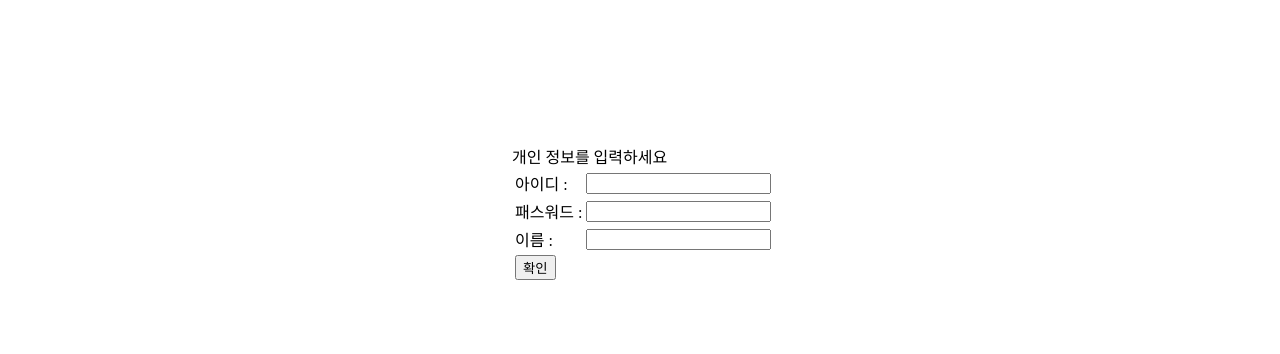
Repository: HyeogDo/Study_Java
Page: http://localhost/Quiz_03/userInsert_01.jsp
These files come from the project's save history. The page is drawn as it stood at one moment and after the next save; the edit follows.
The browser window is 1280 px wide. The pictures show the whole page.
The page is served by Tomcat 9.

Above is the page before, as saved 2022-03-18 05:35:34.

After the next save:
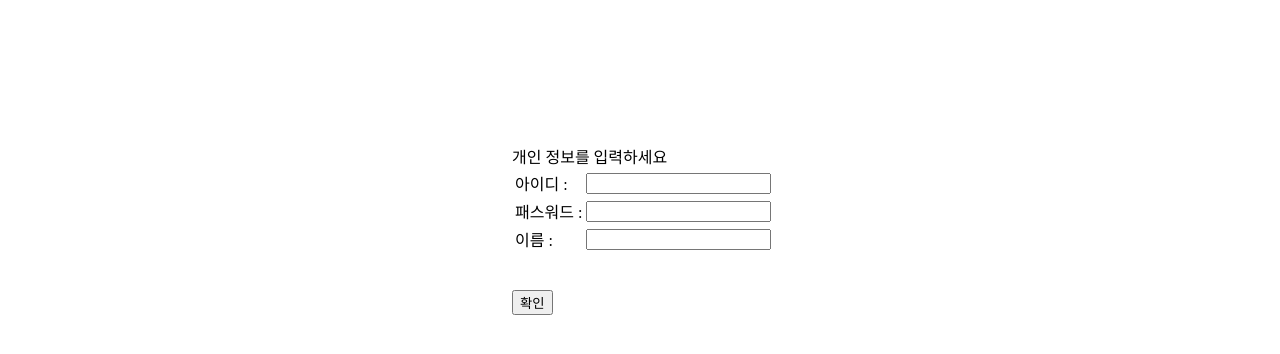
Saved 36 s later.
--- a/Servlets/Quiz_03/src/main/webapp/userInsert_01.jsp
+++ b/Servlets/Quiz_03/src/main/webapp/userInsert_01.jsp
@@ -24,8 +24,10 @@
 				<td>이름 : </td>
 				<td><input type="text" name="userName"></td>
 			</tr>
-			<tr><td rowspan="3"><input type="submit" value="확인"></td></tr>
 		</table>
+		<br>
+		<br>
+		<input type="submit" value="확인">
 		</form>
 		</div>
 	</body>
